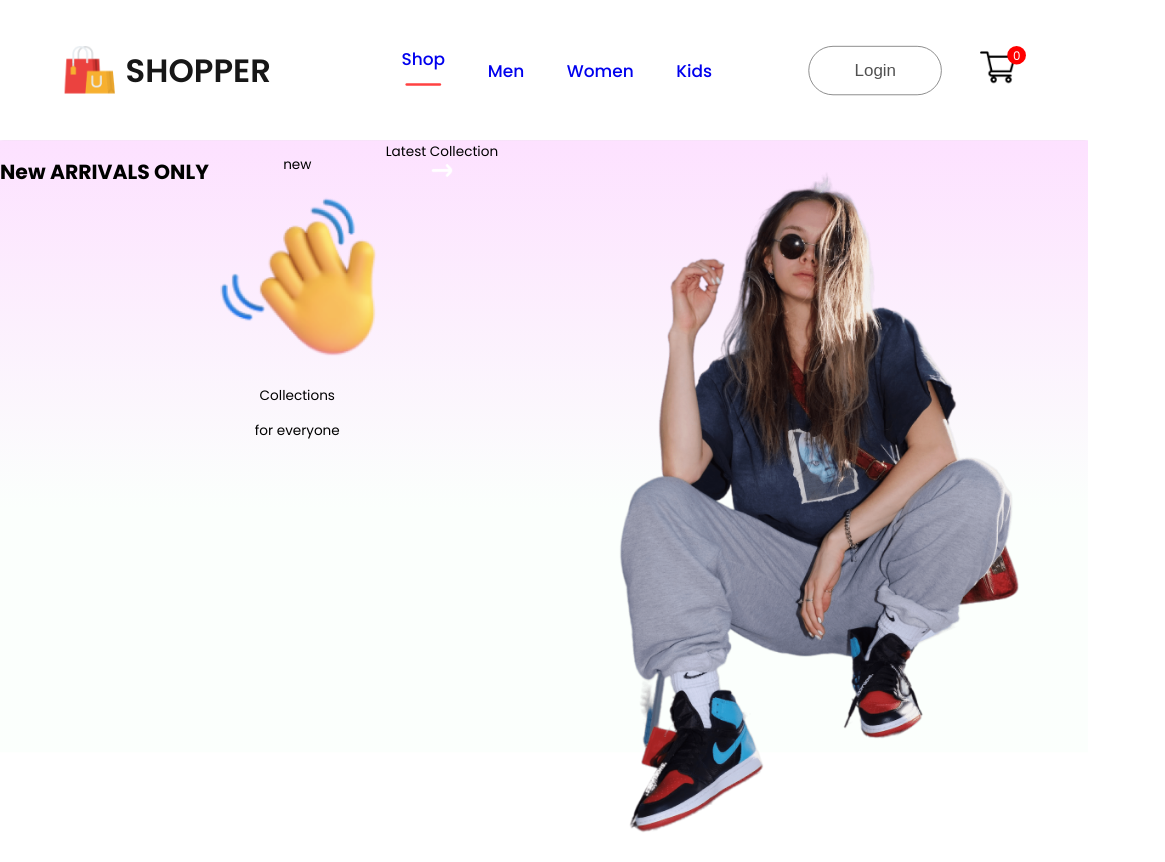
Repository: saritha55/EcommerceReactJs
Page: /
An editor plug-in stored every save of this project. The page is shown before and after the next save, followed by the edit.
The browser window is 1280 px wide. The page is 1280 px wide, then 1371 px, so the pictures cover 1371 px, including what lies to the right of the window. The pictures show the whole page, at 85% of full size.
The project was rebuilt for these pictures with package versions that can differ from the ones it lists, and the page was loaded fresh each time. Also part of the build but not shown: src/Pages/ShopCategory.jsx, src/Pages/Product.jsx, src/Pages/Cart.jsx, src/Pages/LoginSignup.jsx.

Above is the page before, as saved 2024-12-02 14:46:08.

After the next save:
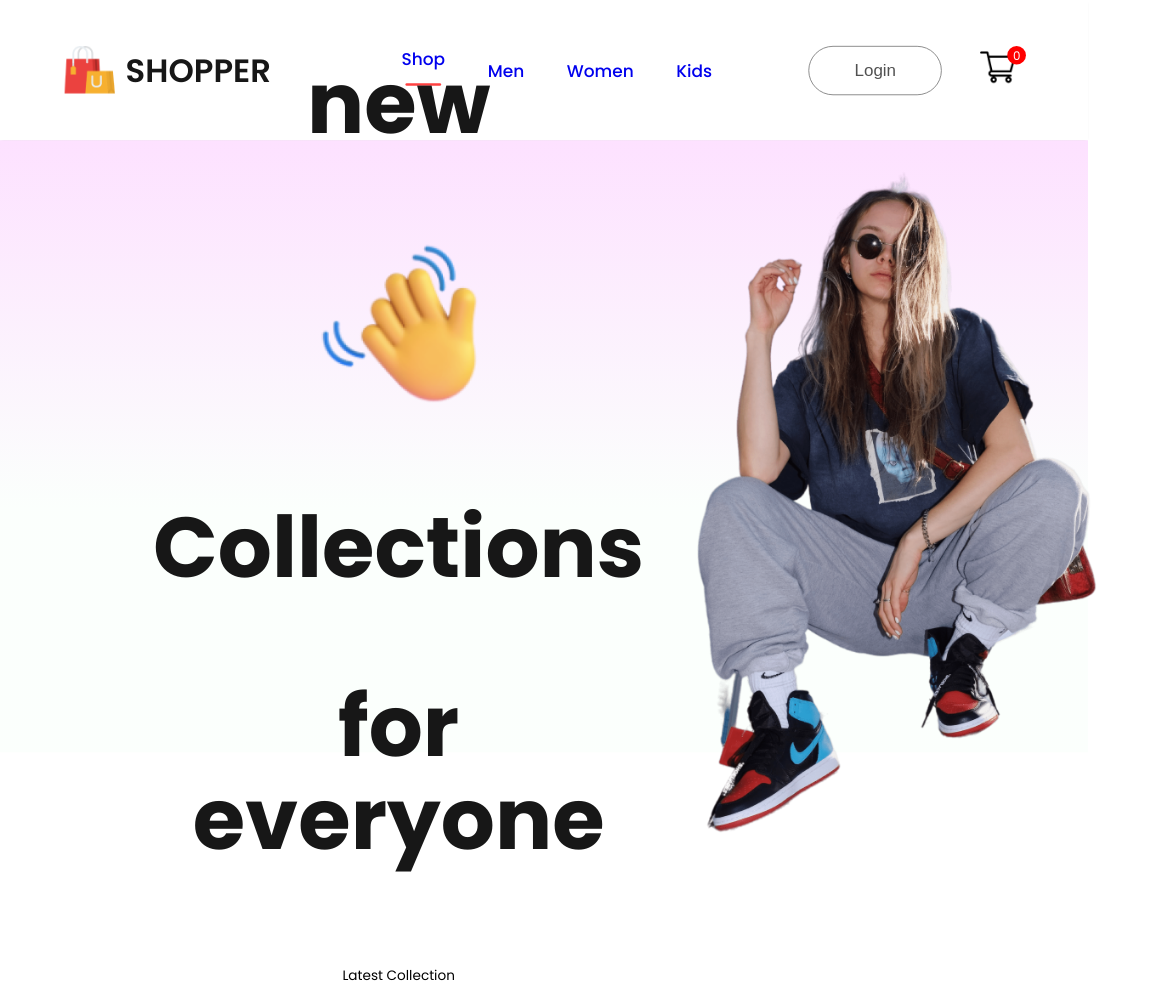
Saved 2 min 41 s later.
--- a/src/Components/Hero/Hero.css
+++ b/src/Components/Hero/Hero.css
@@ -7,4 +7,21 @@
 .hero-left{
     flex: 1;
     display: flex;
+    flex-direction: column;
+    justify-content: center;
+    gap: 20px;
+    padding-left: 180px;
+    line-height: 1.1;
+
 }
+.hero-left h2{
+    color: #090909;
+    font-size: 26px;
+    font-weight: 600;
+}
+.hero-left p{
+    color: #171717;
+    font-size: 100px;
+    font-weight: 700;
+
+}
